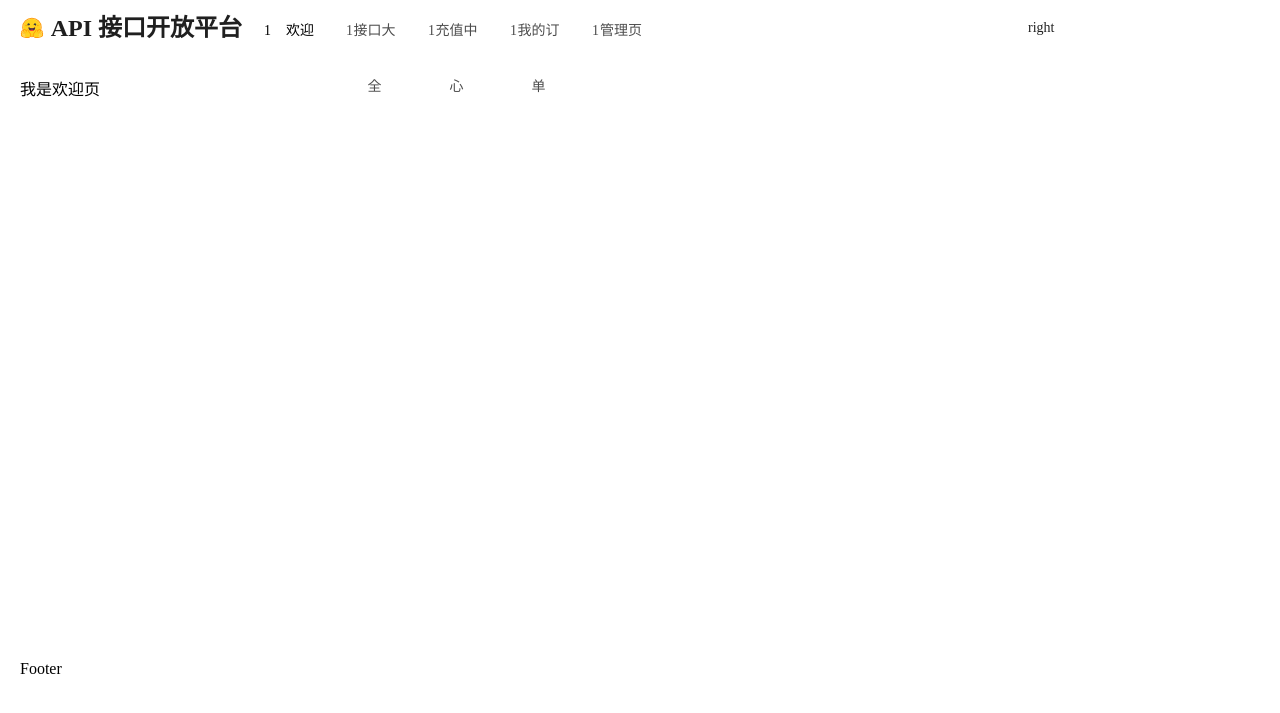
Repository: 202100202078/SignInBox
Page: /
An editor plug-in stored every save of this project. The page is shown before and after the next save, followed by the edit.
The browser window is 1280 px wide. The pictures show the whole page.
The project was rebuilt for these pictures with package versions that can differ from the ones it lists, and the page was loaded fresh each time. Also part of the build but not shown: vite.config.js, src/components/FilterLayout.vue, src/components/PageFooter.vue, src/components/TableLayout.vue, src/components/ToolTip.vue.

Above is the page before, as saved 2023-11-23 21:00:13.

After the next save:
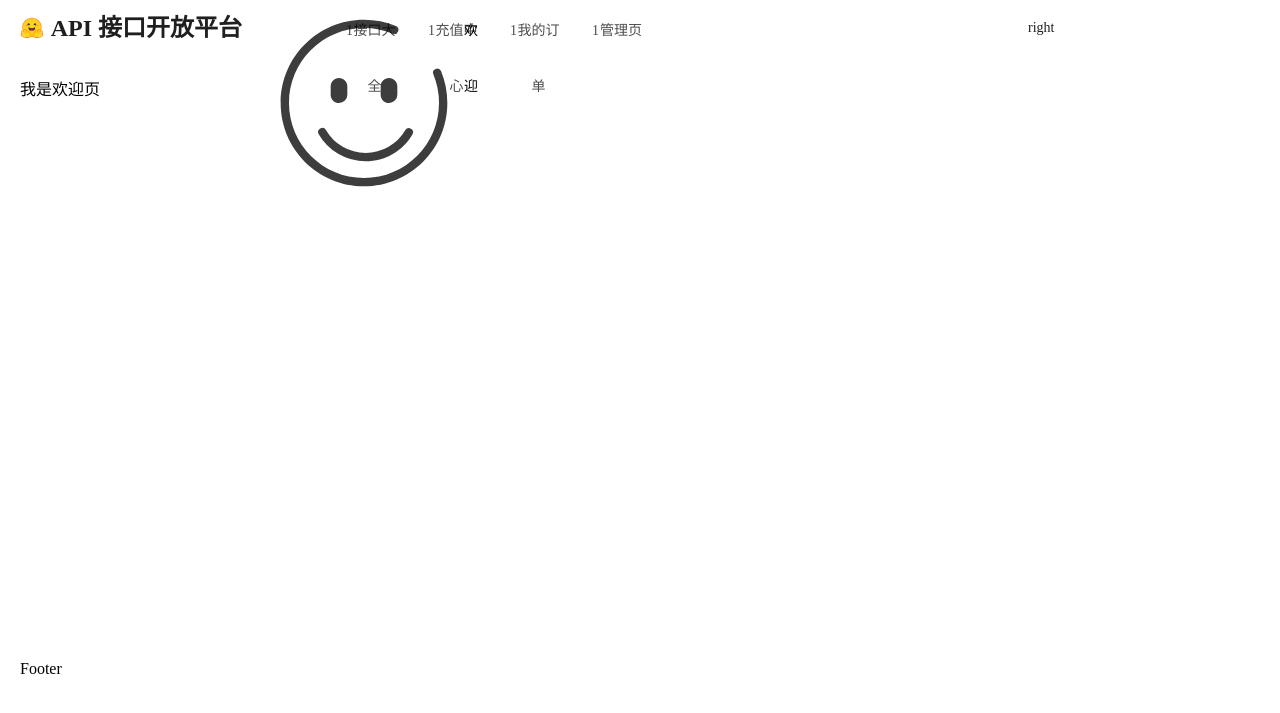
Saved 98 s later.
--- a/src/views/layout/LayOutContainer.vue
+++ b/src/views/layout/LayOutContainer.vue
@@ -25,7 +25,8 @@ const cur = ref(0)
               @click="$router.push('/home/welcome'), (cur = 0)"
               :class="{ active: cur === 0 }"
             >
-              <span>1</span><span>欢迎</span>
+              <span> <img src="@/assets/avg/笑脸.svg" alt="" /> </span
+              ><span>欢迎</span>
             </li>
             <li
               @click="$router.push('/home/interface'), (cur = 1)"
